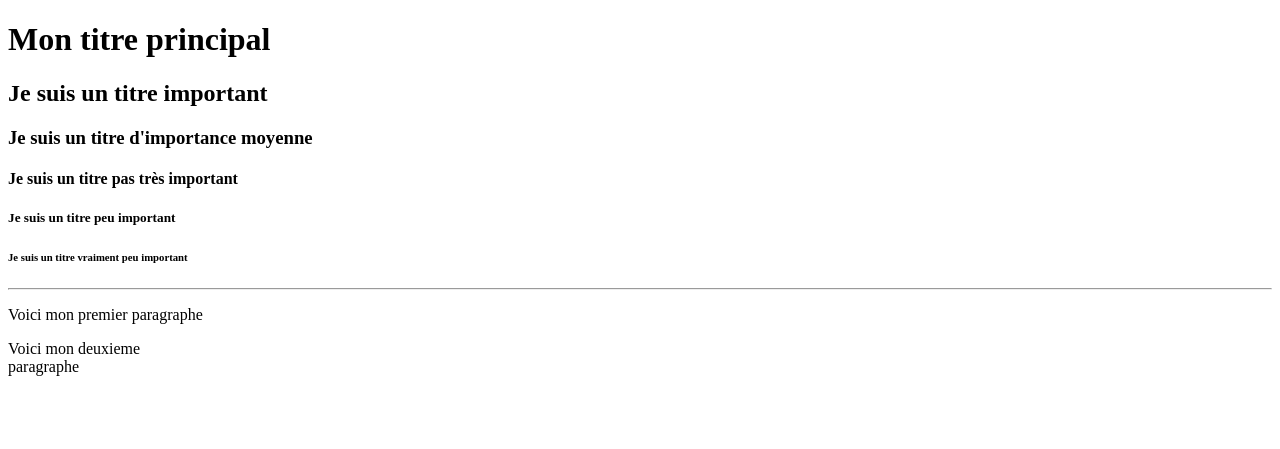
Repository: serviceshuios/-git-reference-java-lyon-worspace
Page: workspaceWeb/MaPremierePage/WebContent/elementsHTML.html
The author's editor kept a copy of each file at every save. The page is drawn from the files as they stood at one save, then again after the next save.
The browser window is 1280 px wide. The pictures show the whole page.

Above is the page before, as saved 2017-04-03 09:49:48.

After the next save:
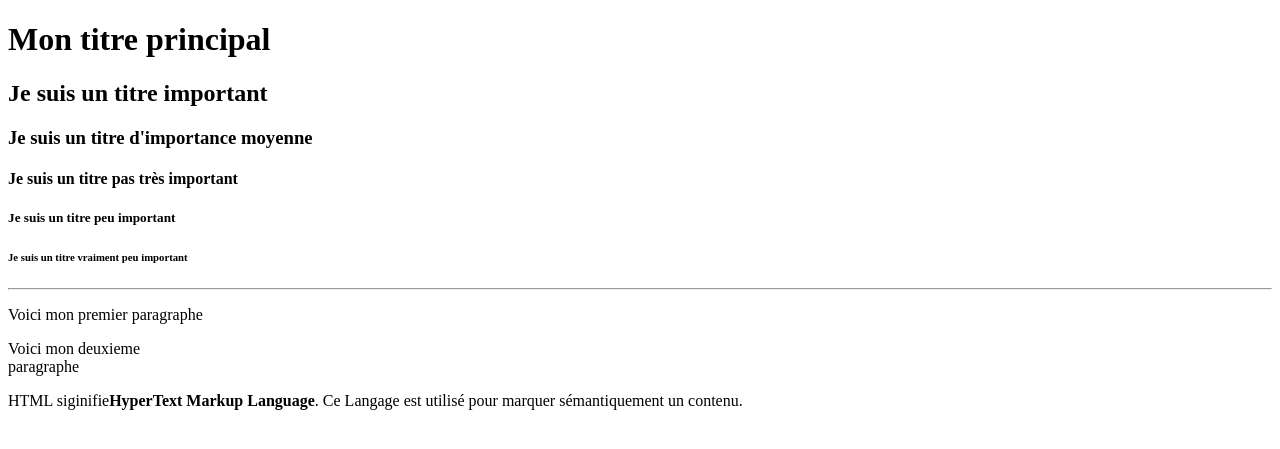
Saved 2 min 24 s later.
--- a/workspaceWeb/MaPremierePage/WebContent/elementsHTML.html
+++ b/workspaceWeb/MaPremierePage/WebContent/elementsHTML.html
@@ -22,6 +22,10 @@
 	<!-- aller à la ligne dans un paragraphe -->
 	<p>Voici mon deuxieme <br/> paragraphe</p>
 
-
+	<!-- comment indiquer qu'un texte est très important -->
+	<p>
+	HTML siginifie<strong>HyperText Markup Language</strong>. Ce
+	Langage est utilisé pour marquer sémantiquement un contenu.
+	</p>
 </body>
 </html>
